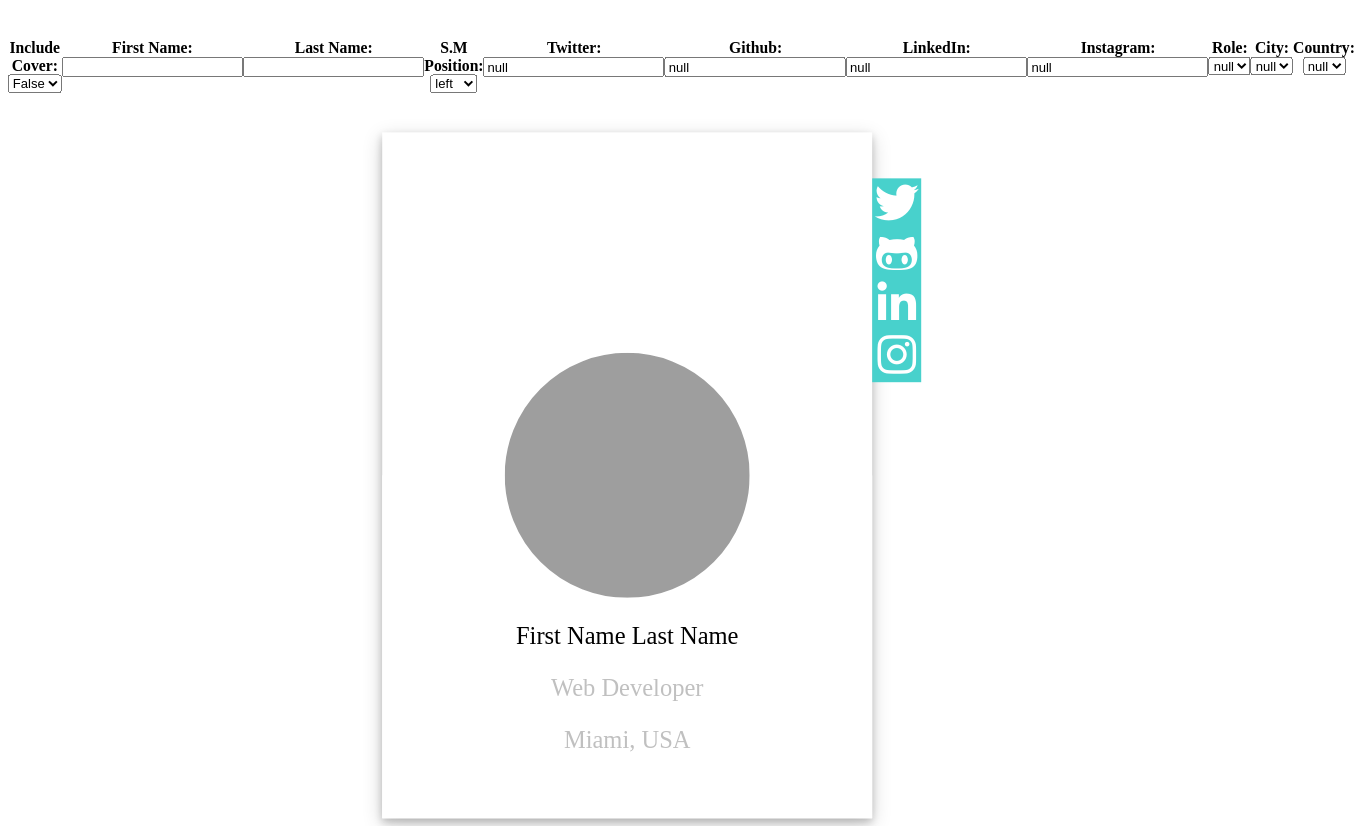
Repository: DJaye33/conditional-profile-card
Page: index.html
The author's editor kept a record of every edit. The page is drawn from the files as they stood at one moment, then again after the next edit.
The browser window is 1280 px wide. The page is 1383 px wide, so the pictures cover 1383 px, including what lies to the right of the window. The pictures show the whole page, at 98% of full size.
Pictures or frames that could not be fetched are drawn as grey boxes. Some web libraries are served in a nearby version.

Above is the page before.

### index.html
<!DOCTYPE html>
<html lang="en">

<head>
    <meta charset="UTF-8">
    <meta name="viewport" content="width=device-width, initial-scale=1.0">
    <meta http-equiv="X-UA-Compatible" content="ie=edge">
    <title>Conditional Profile Card</title>
    <script src="https://kit.fontawesome.com/d239cac0a2.js" crossorigin="anonymous"></script>
    <link rel="stylesheet" href="profileCard.css" type="text/css" />
</head>

<body>
    <div id='container'>

        <label for='cover-input'>
            Include Cover:
            <br />
            <select id='include-cover'>
                <option value='false'>False</option>
                <option value='true'>True</option>
            </select>
        </label>

        <label for='first-name'>
            First Name:
            <br />
            <input id='firstName' type='text' />
        </label>

        <label id='lastName' for='last-name'>
           Last Name:
            <br />
            <input type='text' />
        </label>

        <label for='cover-input'>
            S.M Position:
            <br />
            <select id='social-position'>
                <option value='left'>left</option>
                <option value='right'>right</option>
            </select>
        </label>

        <label for='twitter'>
           Twitter:
            <br />
            <input value='null' type='text' />
        </label>

        <label for='Github'>
           Github:
            <br />
            <input value='null' type='text' />
        </label>

        <label for='LinkedIn'>
           LinkedIn:
            <br />
            <input value='null' type='text' />
        </label>

        <label for='Instagram'>
           Instagram:
            <br />
            <input value='null' type='text' />
        </label>

        <label for='role'>
            Role:
            <br />
            <select>
                <option>null</option>
            </select>
        </label>

        <label for='city'>
            City:
            <br />
            <select>
                <option>null</option>
            </select>
        </label>

        <label for='country'>
            Country:
            <br />
            <select>
                <option>null</option>
            </select>
        </label>
    </div>

    <div id='card-body'>
        <div id='user-image'>
        </div>
        <section id='upper-half'></section>
        <section id='lower-half'>
            <div id='text-block'>
                <span id='firstNameEl'>First Name</span>
                <span id='lastNameEl'>Last Name</span>
                <p class='mute-text'>Web Developer</p>
                <p class='mute-text'>Miami, USA</p>
            </div>
            <ul id='social-links' class='right left'>
                <li><i class="fab fa-twitter"></i></li>

                <li><i class="fab fa-github-alt"></i></li>

                <li><i class="fab fa-linkedin-in"></i></li>

                <li><i class="fab fa-instagram"></i></li>
            </ul>

    </div>

    </section>

    <script src='profileCard.js'></script>
</body>

</html>

### profileCard.css
#container {
    display: flex;
    justify-content: space-around;
    margin-top: 40px;
    margin-bottom: 40px;
}

label {
    font-weight: bold;
    text-align: center;
}



#card-body {
    position: relative;
    background: white;
    margin: 0 auto;
    width: 500px;
    height: 700px;
    /*border-radius: 20px;*/
    box-shadow: 0 4px 8px 0 rgba(0, 0, 0, 0.2), 0 6px 20px 0 rgba(0, 0, 0, 0.19);
}

#user-image {
    background: url('https://images.unsplash.com/photo-1535713875002-d1d0cf377fde?ixlib=rb-1.2.1&ixid=eyJhcHBfaWQiOjEyMDd9&auto=format&fit=crop&w=500&q=60');
    background-size: contain;
    border: 5px solid white;
    border-radius: 50%;
    height: 250px;
    width: 250px;
    z-index: 99;
    position: absolute;
    margin: auto;
    top: 0;
    left: 0;
    right: 0;
    bottom: 0;
}

#upper-half {
    width: 100%;
    height: 50%;
}

.toggle-background {
    background: url('https://images.unsplash.com/photo-1570942872213-1242607a35eb?ixlib=rb-1.2.1&ixid=eyJhcHBfaWQiOjEyMDd9&auto=format&fit=crop&w=500&q=60') no-repeat;
    background-size: contain;

}

#lower-half {
    position: relative;
    background: white;
    width: 100%;
    height: 50%;
}

#text-block {
    font-size: 25px;
    margin: 0 auto;
    position: absolute;
    top: 0;
    left: 0;
    bottom: 0;
    right: 0;
    text-align: center;
    margin-top: 30%;
}

.mute-text {
    color: silver;
}

.right {
    position: absolute;
    list-style-type: none;
    margin-left: 100%;
    padding: 0;
    bottom: 400px;
}

/*.left {
    */
    /*    position: absolute;*/
    /*    list-style-type: none;*/
    /*    right: 100%;*/
    /*    padding: 0;*/
    /*    bottom: 400px;*/
    /*}*/

#social-links {
    background: #48D1CC;
    font-size: 45px;
    text-align: center;
    color: white;
    width: 10%;
}

### profileCard.js
const firstNameInput = document.getElementById('firstName');
const fistNameEl = document.getElementById('firstNameEl');
const lastNameInput = document.getElementById('lastName');
const lastNameEl = document.getElementById('lastNameEl');
const includeCover = document.querySelector('#include-cover');
const upperHalf = document.querySelector('#upper-half');
const socialPosition = document.querySelector('#social-position')
const socialLinks = document.querySelector('#social-links');

// console.log(socialLinks);

// ***** changes firstname on card on change *****//
firstNameInput.addEventListener('change', (event) => {
    fistNameEl.textContent = event.target.value;
})

// ***** changes last name on card on change ***** //
lastNameInput.addEventListener('change', (event) => {
    lastNameEl.textContent = event.target.value;
})

// ***** toggle background ***** //
includeCover.addEventListener('change', event => {
    if (event.target.value === 'true') {
        upperHalf.classList.add('toggle-background')
    }else if (event.target.value === 'false') {
        upperHalf.classList.remove('toggle-background')
    }
})

socialPosition.addEventListener('change', event => {
    const socialLink = socialLinks.classList;

    if (event.target.value === 'right') {
        socialLink.remove('left')
        socialLink.add('right')
    }
    else if (event.target.value === 'left') {
        socialLink.remove('right')
        socialLink.add('left');
    }
})

After the next edit:
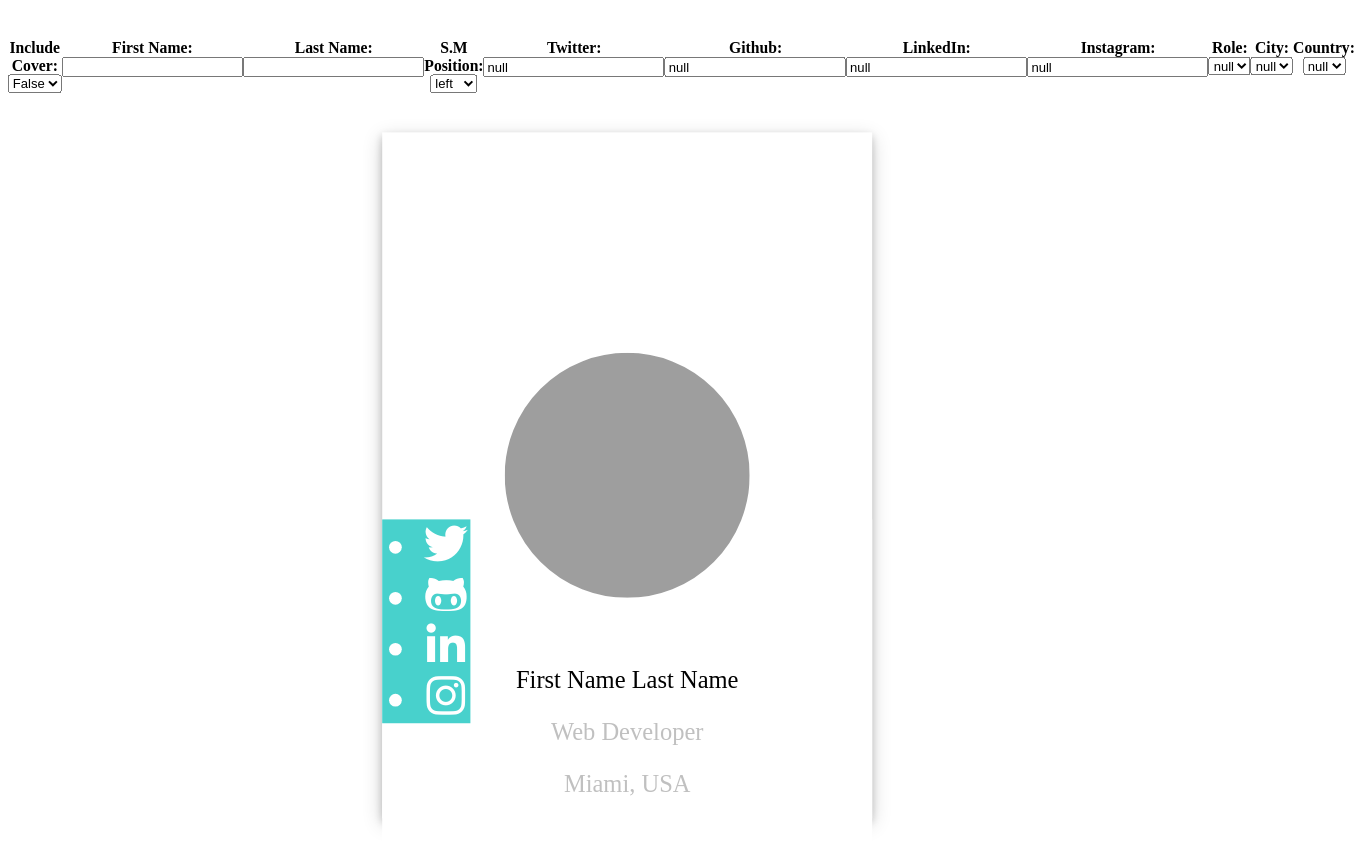
The edit:
--- a/profileCard.css
+++ b/profileCard.css
@@ -72,13 +72,13 @@
     color: silver;
 }
 
-.right {
-    position: absolute;
-    list-style-type: none;
-    margin-left: 100%;
-    padding: 0;
-    bottom: 400px;
-}
+/*.right {*/
+/*    position: absolute;*/
+/*    list-style-type: none;*/
+/*    margin-left: 100%;*/
+/*    padding: 0;*/
+/*    bottom: 400px;*/
+/*}*/
 
 /*.left {
     */

After the 2 edits that followed:
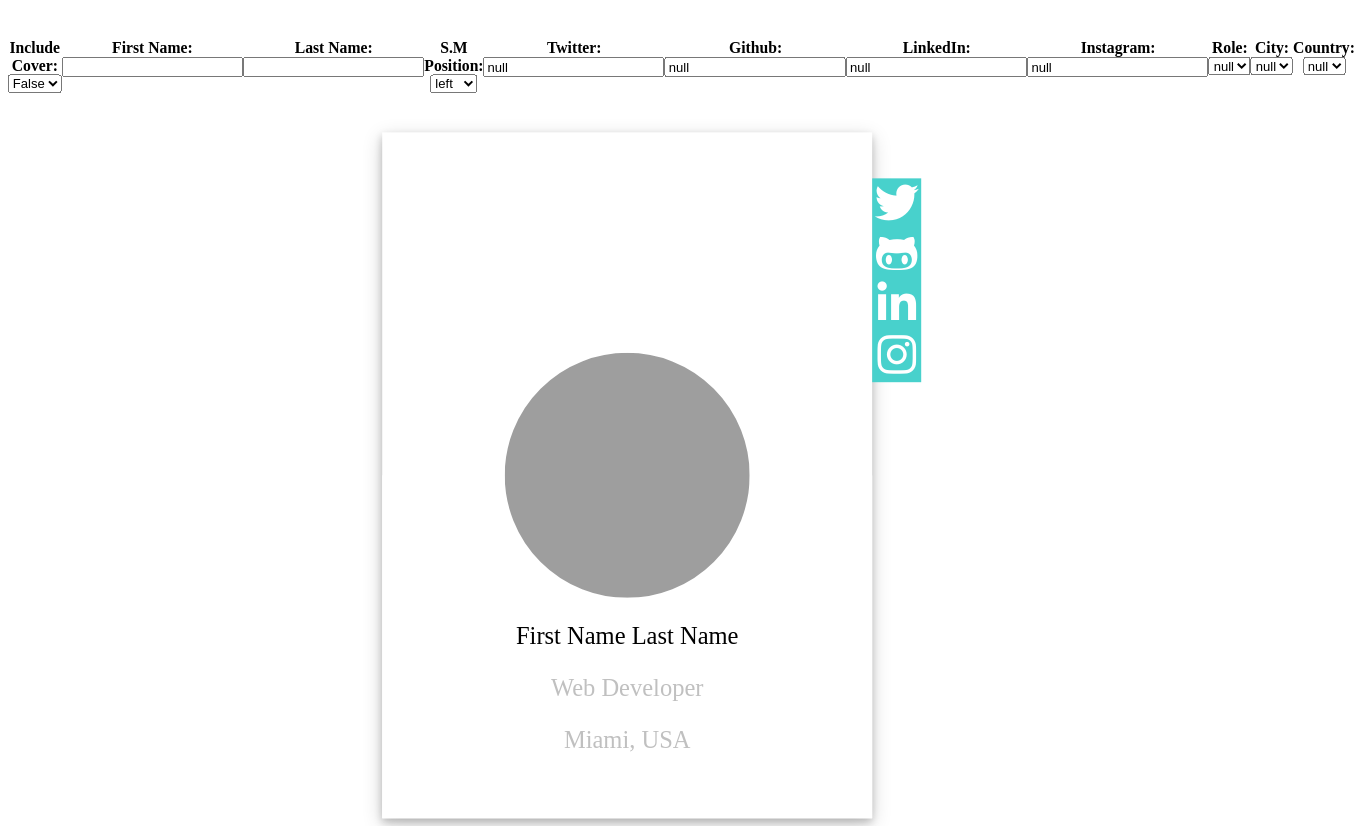
The 2 edits are shown as one change because 1 left the picture as it was.
The edit:
--- a/profileCard.css
+++ b/profileCard.css
@@ -72,22 +72,22 @@
     color: silver;
 }
 
-/*.right {*/
+.right {
+    position: absolute;
+    list-style-type: none;
+    margin-left: 100%;
+    padding: 0;
+    bottom: 400px;
+}
+
+/*.left {*/
+
 /*    position: absolute;*/
 /*    list-style-type: none;*/
-/*    margin-left: 100%;*/
+/*    right: 100%;*/
 /*    padding: 0;*/
 /*    bottom: 400px;*/
 /*}*/
-
-/*.left {
-    */
-    /*    position: absolute;*/
-    /*    list-style-type: none;*/
-    /*    right: 100%;*/
-    /*    padding: 0;*/
-    /*    bottom: 400px;*/
-    /*}*/
 
 #social-links {
     background: #48D1CC;
